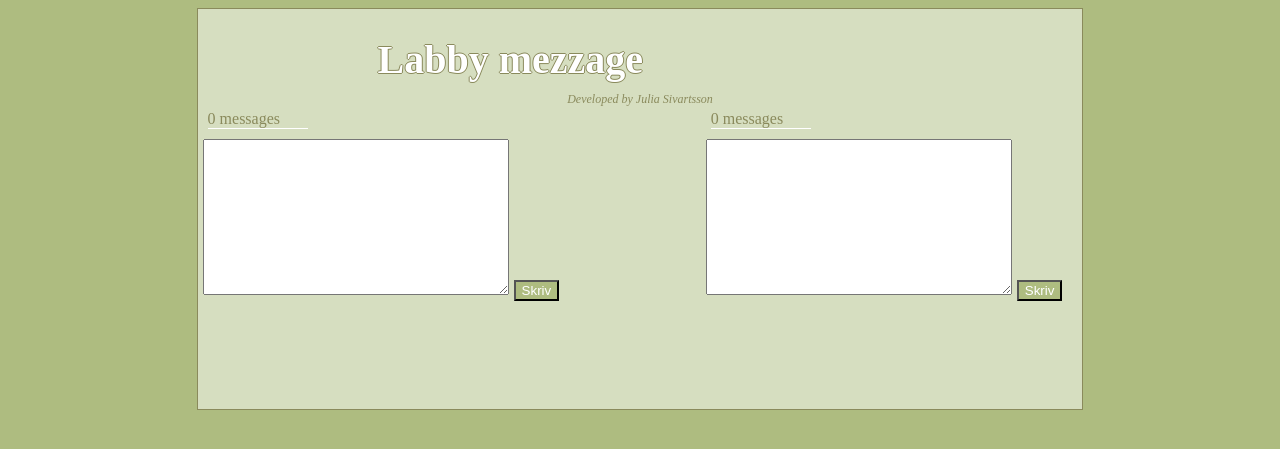
Repository: JuliaSivartsson/1dv403-jsigc09-laborationer
Page: 2-labbymezzage/Extraupgift/index.html
The author's editor kept a record of every edit. The page is drawn from the files as they stood at one moment, then again after the next edit.
The browser window is 1280 px wide. The pictures show the whole page.

Above is the page before.

After the next edit:
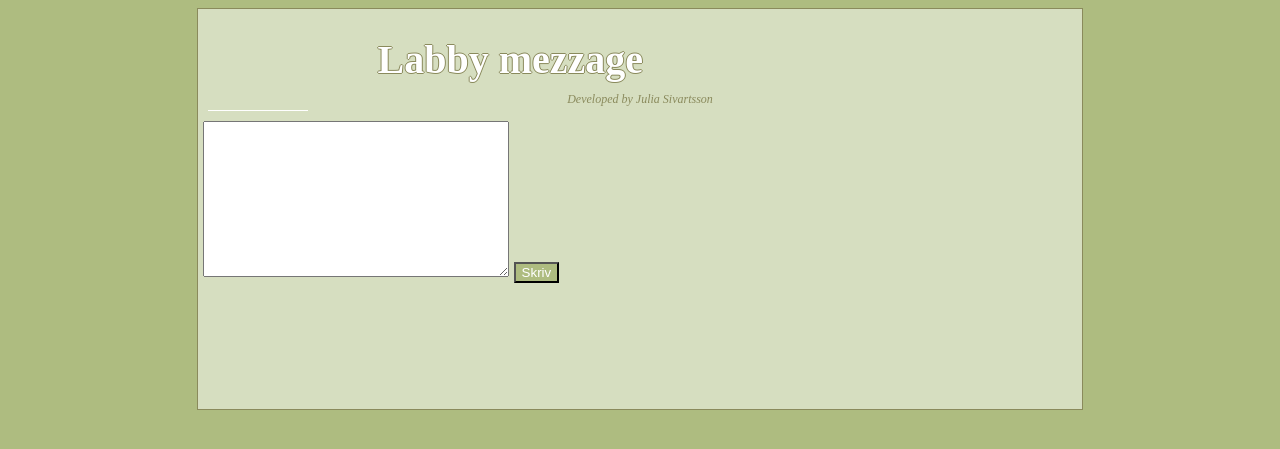
Console error: TypeError: Cannot set properties of undefined (setting 'innerHTML')
The edit:
--- a/2-labbymezzage/Extraupgift/js/MessageBoard.js
+++ b/2-labbymezzage/Extraupgift/js/MessageBoard.js
@@ -140,9 +140,6 @@
 
 MessageBoard.prototype.drawBoards = function(){
         var that = this;
-        var mezzageMain = document.createElement("div");
-        mezzageMain.className = "viewmessages";
-        this.rootId.appendChild(mezzageMain);
 
         var mezzageCount = document.createElement("div");
         mezzageCount.className = "count";

After the edit that followed:
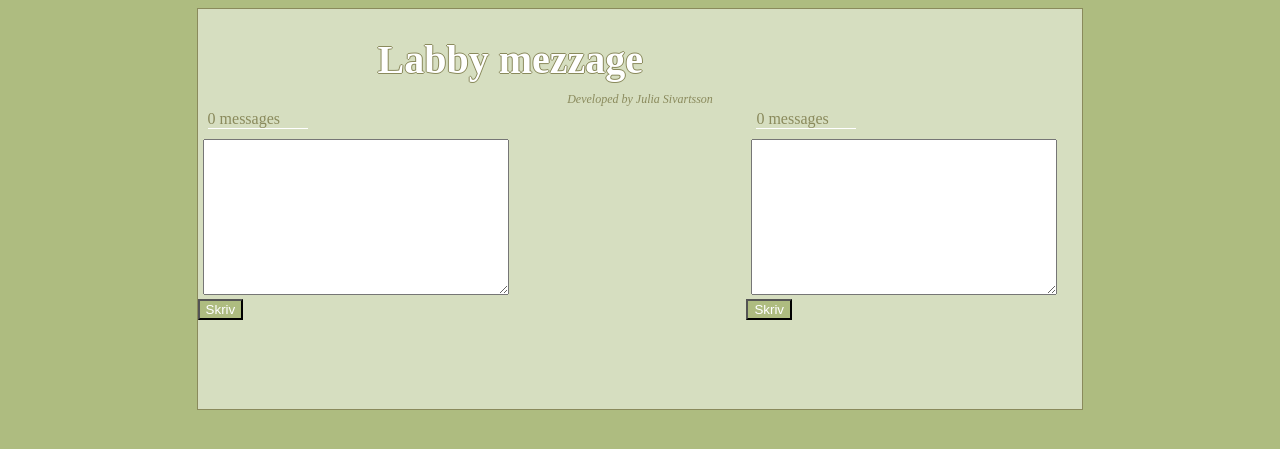
The error is gone.
The edit:
--- a/2-labbymezzage/Extraupgift/js/MessageBoard.js
+++ b/2-labbymezzage/Extraupgift/js/MessageBoard.js
@@ -156,6 +156,10 @@
 
         this.rootId.appendChild(mezzageTextarea);
 
+        var mezzageMain = document.createElement("div");
+        mezzageMain.className = "viewmessages";
+        this.rootId.appendChild(mezzageMain);
+
         that.count();
 
         //Referens till submit-knappen
